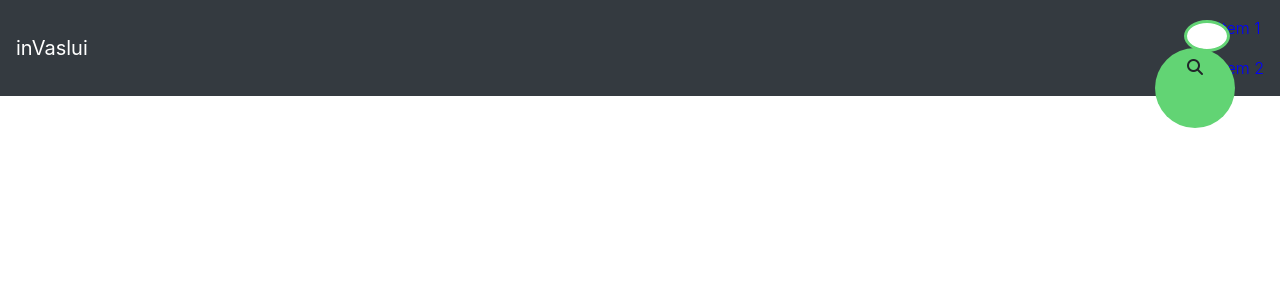
Repository: nicolasolo/in-vaslui
Page: index.html
These files come from the project's save history. The page is drawn as it stood at one moment and after a run of saves; the edit follows.
The browser window is 1280 px wide. The pictures show the whole page.
Some web libraries are served in a nearby version.

Above is the page before, as saved 2020-03-29 21:10:16.

After the next 3 saves:
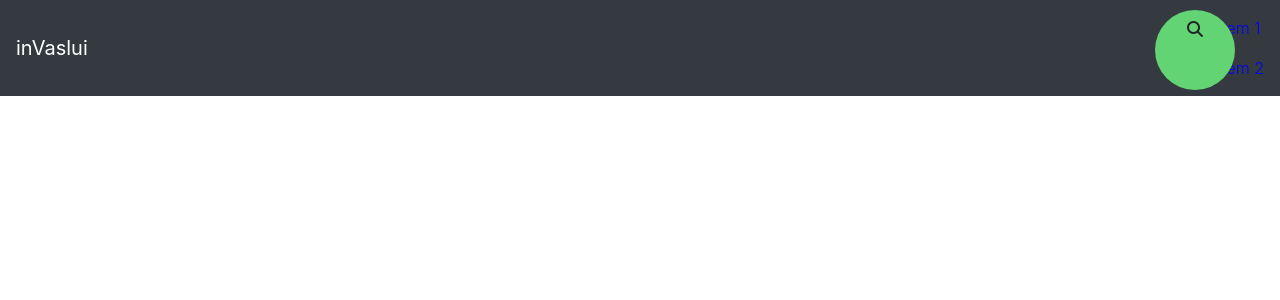
The 3 saves are shown as one change because they came seconds apart.
The last was saved 9 s later.
--- a/css/vaslui.css
+++ b/css/vaslui.css
@@ -47,6 +47,7 @@ a.navbar-brand{
     background: #62d474;
     border-radius: 50%;
     right: 45px;
+    top: 10px;
 
 }
 ul.navbar-nav{
